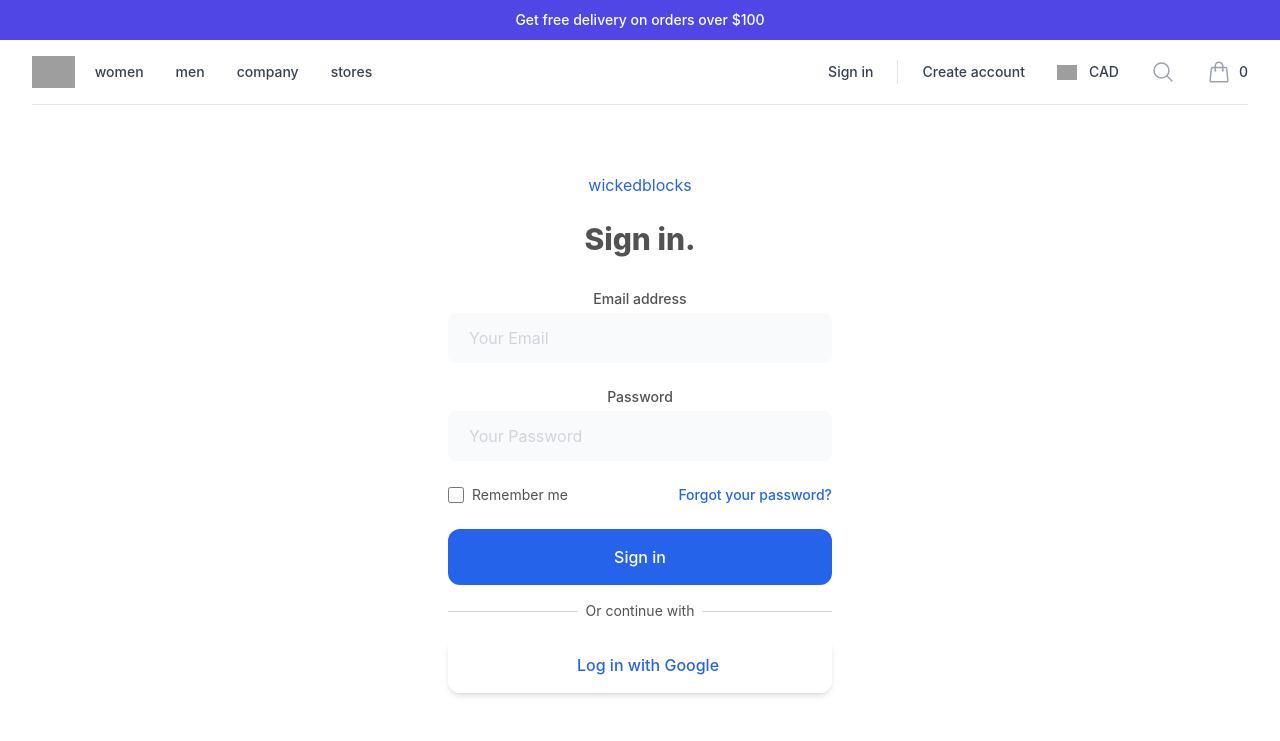
Repository: mehedi9465/Maiden_Wears
Page: /login
An editor plug-in stored every save of this project. The page is shown before and after a run of saves, followed by the edit.
The browser window is 1280 px wide. The pictures show the whole page.
Pictures or frames that could not be fetched are drawn as grey boxes. The page's requests for data from a server got no answer. The project was rebuilt for these pictures with package versions that can differ from the ones it lists, and the page was loaded fresh each time. No one was signed in, and anything a server would have sent is missing. Also part of the build but not shown: src/Components/Home/Promo/Promo.js, src/Components/Home/NewArrivals/NewArrivals.js, src/Components/Home/Brands/Brands.js, src/Components/Home/Home/Home.js, src/Components/Authentication/Register/Register.js.

Above is the page before, as saved 2022-12-29 19:24:20.

After the next 2 saves:
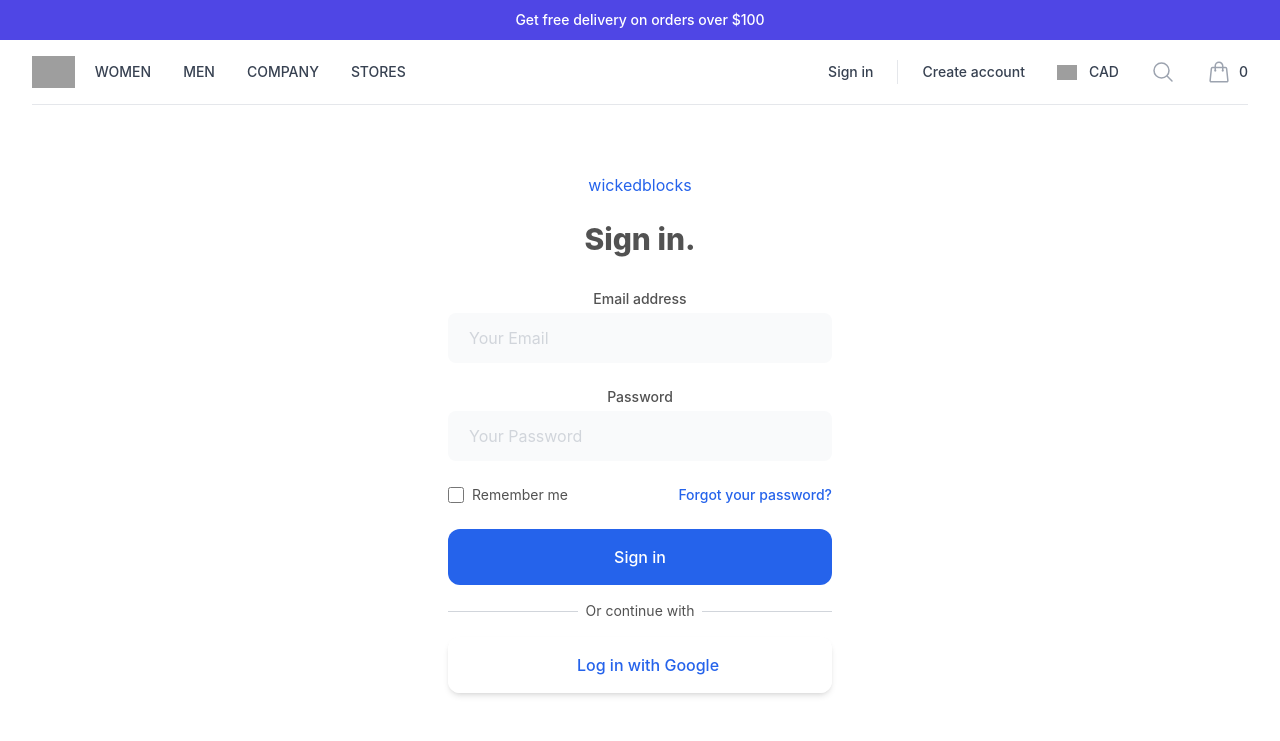
The 2 saves are shown as one change because they came seconds apart.
The last was saved 8 s later.
--- a/src/Components/Home/Navigation/Navigation.js
+++ b/src/Components/Home/Navigation/Navigation.js
@@ -151,7 +151,7 @@
                     href={page.href}
                     className="flex items-center text-sm font-medium text-gray-700 hover:text-gray-800"
                   >
-                    <span>{page.name}</span>
+                    <span className="uppercase">{page.name}</span>
                   </Link>
                 ))}
               </div>

After the save that followed:
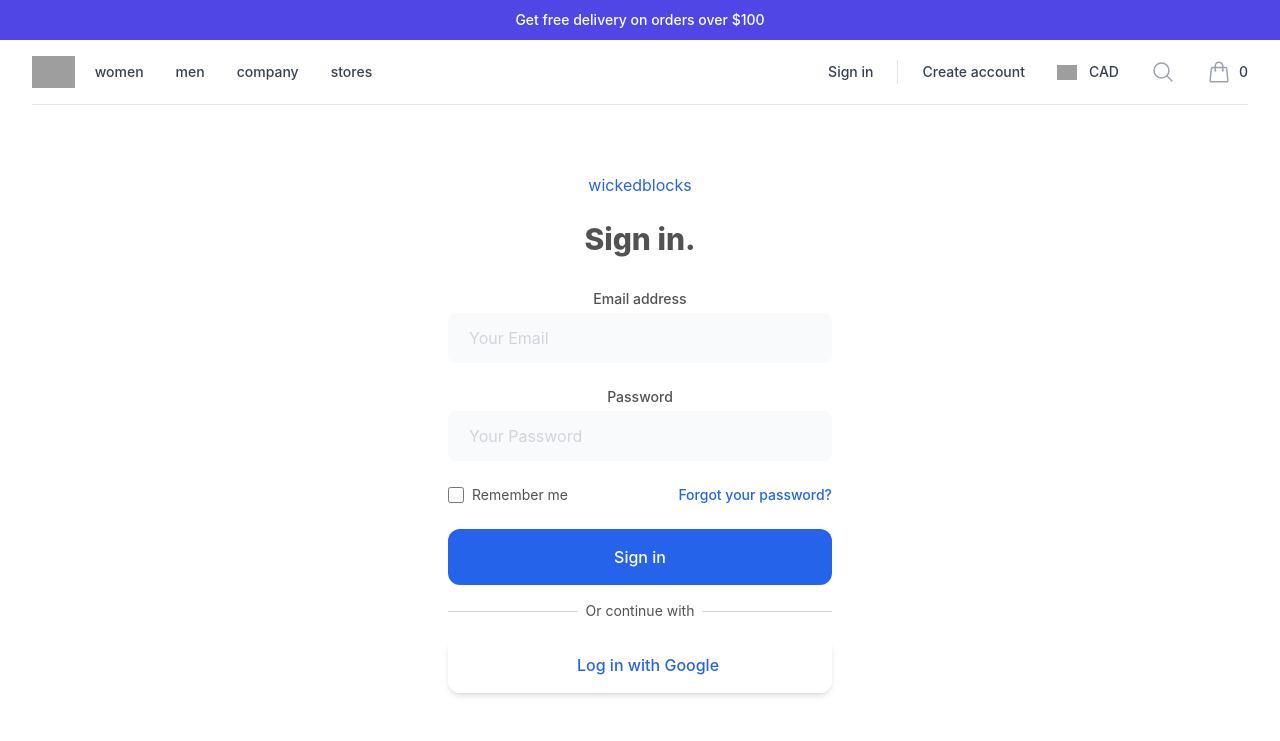
Saved 9 s later.
--- a/src/Components/Home/Navigation/Navigation.js
+++ b/src/Components/Home/Navigation/Navigation.js
@@ -151,7 +151,7 @@
                     href={page.href}
                     className="flex items-center text-sm font-medium text-gray-700 hover:text-gray-800"
                   >
-                    <span className="uppercase">{page.name}</span>
+                    <span className="cati">{page.name}</span>
                   </Link>
                 ))}
               </div>
